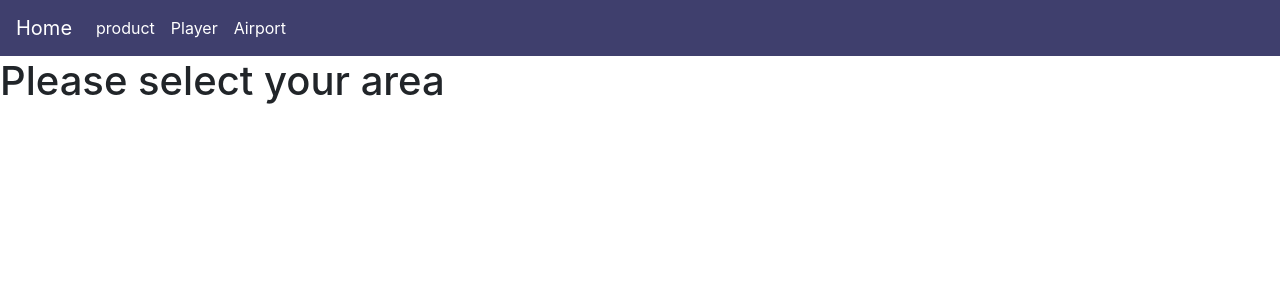
Repository: 05Mohammedismail/xworkz--Advance-Java
Page: http://localhost/Sep13_JSP/
These files come from the project's save history. The page is drawn as it stood at one moment and after the next save; the edit follows.
The browser window is 1280 px wide. The pictures show the whole page.
The page is served by Tomcat 9. Other server files are loaded and not shown.

Above is the page before, as saved 2023-09-13 14:11:20.

### Sep13_JSP/src/main/webapp/index.jsp
<%@ page language="java" contentType="text/html; charset=ISO-8859-1"
    pageEncoding="ISO-8859-1"%>
<!doctype html>
<html lang="en">
  <head>
    <meta charset="utf-8">
    <meta name="viewport" content="width=device-width, initial-scale=1">
    <title>MY-JSP</title>
<link rel="stylesheet" href="https://cdn.jsdelivr.net/npm/bootstrap@4.1.3/dist/css/bootstrap.min.css" integrity="sha384-MCw98/SFnGE8fJT3GXwEOngsV7Zt27NXFoaoApmYm81iuXoPkFOJwJ8ERdknLPMO" crossorigin="anonymous">

<style type="text/css">

.navbar{
background: rgb(63, 63, 109);
margin-bottom: 1px;
color: white;
}

</style>
</head>

  <body>
   <nav class="navbar navbar-expand-lg navbar-light">
  <a class="navbar-brand">Home</a>
  <button class="navbar-toggler" type="button" data-toggle="collapse" data-target="#navbarNav" aria-controls="navbarNav" aria-expanded="false" aria-label="Toggle navigation">
    <span class="navbar-toggler-icon"></span>
  </button>
  <div class="collapse navbar-collapse" id="navbarNav">
    <ul class="navbar-nav">
      <li class="nav-item">
        <a class="nav-link text-white" href="product.jsp">product</a>
      </li>
      <li class="nav-item">
        <a class="nav-link text-white" href="player.jsp">Player</a>
      </li>
      <li class="nav-item">
        <a class="nav-link text-white" href="airport.jsp">Airport</a>
      </li>
    </ul>
  </div>
</nav>

<h1>Please select your area</h1>
    <script src="https://cdn.jsdelivr.net/npm/bootstrap@5.3.1/dist/js/bootstrap.bundle.min.js" integrity="sha384-HwwvtgBNo3bZJJLYd8oVXjrBZt8cqVSpeBNS5n7C8IVInixGAoxmnlMuBnhbgrkm" crossorigin="anonymous"></script>
  </body>
</html>

After the next save:
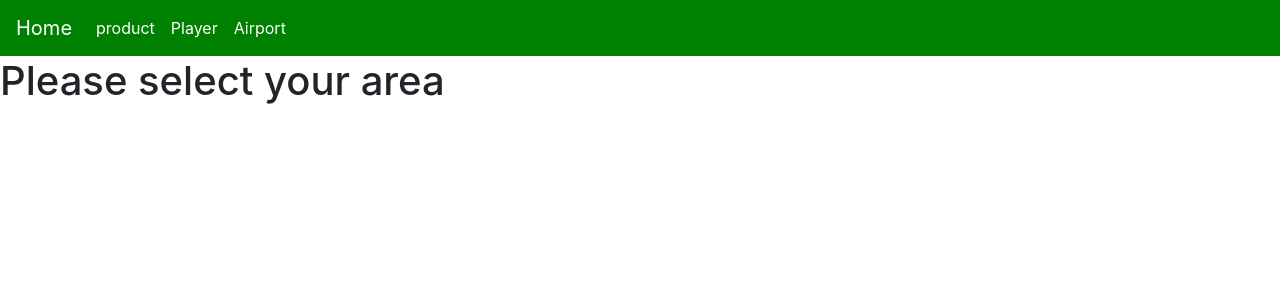
Saved 89 s later.
--- a/Sep13_JSP/src/main/webapp/index.jsp
+++ b/Sep13_JSP/src/main/webapp/index.jsp
@@ -11,7 +11,7 @@
 <style type="text/css">
 
 .navbar{
-background: rgb(63, 63, 109);
+background: green;
 margin-bottom: 1px;
 color: white;
 }
